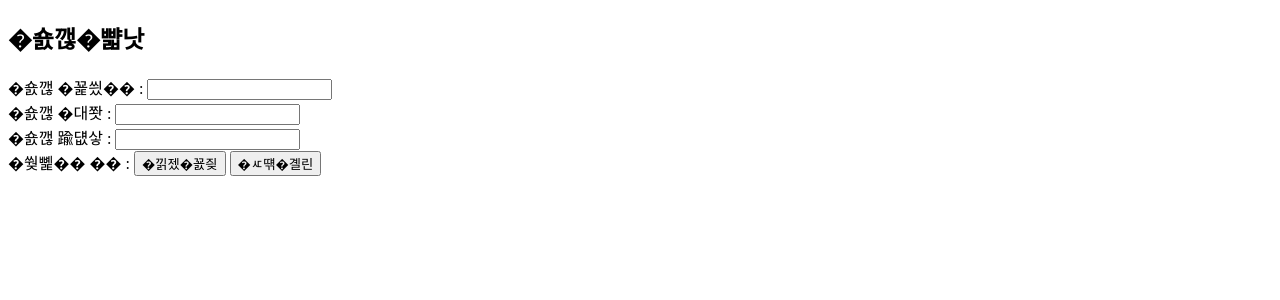
Repository: sunyeongan/Univ_lecture
Page: WebSever_2022/work/week12/week12/src/main/webapp/form.html
These files come from the project's save history. The page is drawn as it stood at one moment and after the next save; the edit follows.
The browser window is 1280 px wide. The pictures show the whole page.

Above is the page before, as saved 2022-05-17 02:09:18.

After the next save:
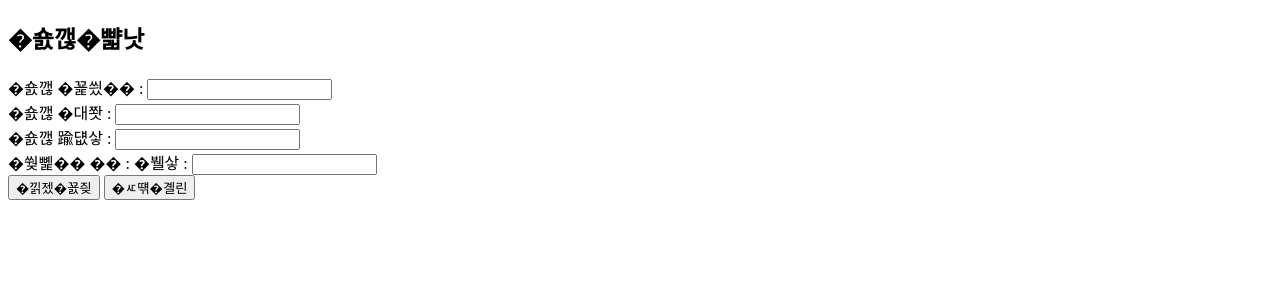
Saved 12 s later.
--- a/WebSever_2022/work/week12/week12/src/main/webapp/form.html
+++ b/WebSever_2022/work/week12/week12/src/main/webapp/form.html
@@ -11,6 +11,7 @@
 	학생 이름  : <input type = text name = Sname><br>
 	학생 번호 : <input type = text name = call><br>
 	태어난 해 :
+	암호 : <input type = password name = pw><br>
 	<input type="submit" value = "입력완료">
 	<input type="submit" value = "다시쓰기">
 	</form>
